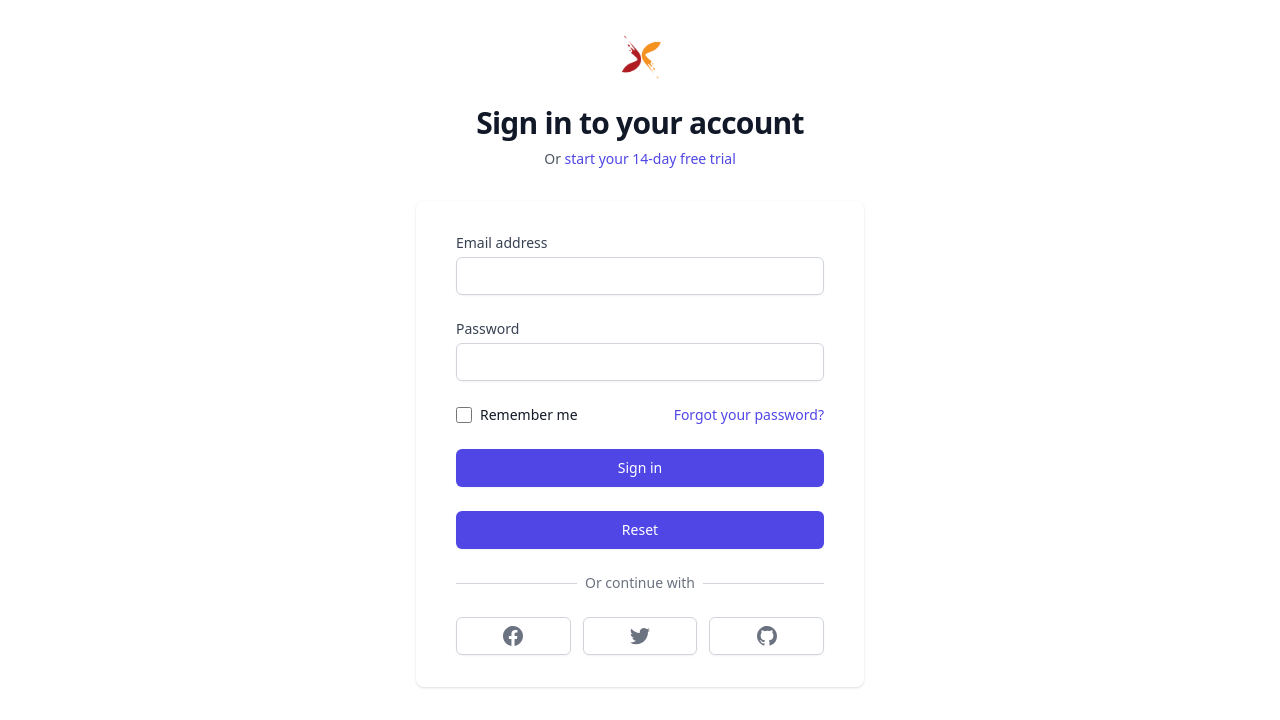
Repository: VinceBrun/medical-web3-app
Page: /login
These files come from the project's save history. The page is drawn as it stood at one moment and after the next save; the edit follows.
The browser window is 1280 px wide. The pictures show the whole page.
The project was rebuilt for these pictures with package versions that can differ from the ones it lists, and the page was loaded fresh each time. The framework's server and built-in components were replaced by stand-ins that run in the browser. Also part of the build but not shown: next.config.js.

Above is the page before, as saved 2023-01-16 18:50:38.

### pages/login.jsx
import React from 'react'

export default function login() {
  return (
    <>

      <div className="flex h-screen flex-col justify-center py-12 sm:px-6 lg:px-8">
        <div className="sm:mx-auto sm:w-full sm:max-w-md">
          <img
            className="mx-auto h-12 w-auto"
            src="/images/curiositylogo.png"
            alt="Your Company"
          />
          <h2 className="mt-6 text-center text-3xl font-bold tracking-tight text-gray-900">Sign in to your account</h2>
          <p className="mt-2 text-center text-sm text-gray-600">
            Or{' '}
            <a href="#" className="font-medium text-indigo-600 hover:text-indigo-500">
              start your 14-day free trial
            </a>
          </p>
        </div>

        <div className="mt-8 sm:mx-auto sm:w-full sm:max-w-md">
          <div className="bg-white py-8 px-4 shadow sm:rounded-lg sm:px-10">
            <form className="space-y-6" action="#" method="POST">
              <div>
                <label htmlFor="email" className="block text-sm font-medium text-gray-700">
                  Email address
                </label>
                <div className="mt-1">
                  <input
                    id="email"
                    name="email"
                    type="email"
                    autoComplete="email"
                    required
                    className="block w-full appearance-none rounded-md border border-gray-300 px-3 py-2 placeholder-gray-400 shadow-sm focus:border-indigo-500 focus:outline-none focus:ring-indigo-500 sm:text-sm"
                  />
                </div>
              </div>

              <div>
                <label htmlFor="password" className="block text-sm font-medium text-gray-700">
                  Password
                </label>
                <div className="mt-1">
                  <input
                    id="password"
                    name="password"
                    type="password"
                    autoComplete="current-password"
                    required
                    className="block w-full appearance-none rounded-md border border-gray-300 px-3 py-2 placeholder-gray-400 shadow-sm focus:border-indigo-500 focus:outline-none focus:ring-indigo-500 sm:text-sm"
                  />
                </div>
              </div>

              <div className="flex items-center justify-between">
                <div className="flex items-center">
                  <input
                    id="remember-me"
                    name="remember-me"
                    type="checkbox"
                    className="h-4 w-4 rounded border-gray-300 text-indigo-600 focus:ring-indigo-500"
                  />
                  <label htmlFor="remember-me" className="ml-2 block text-sm text-gray-900">
                    Remember me
                  </label>
                </div>

                <div className="text-sm">
                  <a href="#" className="font-medium text-indigo-600 hover:text-indigo-500">
                    Forgot your password?
                  </a>
                </div>
              </div>

              <div>
                <button
                  type="submit"
                  className="flex w-full justify-center rounded-md border border-transparent bg-indigo-600 py-2 px-4 text-sm font-medium text-white shadow-sm hover:bg-indigo-700 focus:outline-none focus:ring-2 focus:ring-indigo-500 focus:ring-offset-2"
                >
                  Sign in
                </button>
              </div>
              <div>
                <button
                  type="submit"
                  className="flex w-full justify-center rounded-md border border-transparent bg-indigo-600 py-2 px-4 text-sm font-medium text-white shadow-sm hover:bg-indigo-700 focus:outline-none focus:ring-2 focus:ring-indigo-500 focus:ring-offset-2"
                >
                  Reset
                </button>
              </div>
            </form>

            <div className="mt-6">
              <div className="relative">
                <div className="absolute inset-0 flex items-center">
                  <div className="w-full border-t border-gray-300" />
                </div>
                <div className="relative flex justify-center text-sm">
                  <span className="bg-white px-2 text-gray-500">Or continue with</span>
                </div>
              </div>

              <div className="mt-6 grid grid-cols-3 gap-3">
                <div>
                  <a
                    href="#"
                    className="inline-flex w-full justify-center rounded-md border border-gray-300 bg-white py-2 px-4 text-sm font-medium text-gray-500 shadow-sm hover:bg-gray-50"
                  >
                    <span className="sr-only">Sign in with Facebook</span>
                    <svg className="h-5 w-5" aria-hidden="true" fill="currentColor" viewBox="0 0 20 20">
                      <path
                        fillRule="evenodd"
                        d="M20 10c0-5.523-4.477-10-10-10S0 4.477 0 10c0 4.991 3.657 9.128 8.438 9.878v-6.987h-2.54V10h2.54V7.797c0-2.506 1.492-3.89 3.777-3.89 1.094 0 2.238.195 2.238.195v2.46h-1.26c-1.243 0-1.63.771-1.63 1.562V10h2.773l-.443 2.89h-2.33v6.988C16.343 19.128 20 14.991 20 10z"
                        clipRule="evenodd"
                      />
                    </svg>
                  </a>
                </div>

                <div>
                  <a
                    href="#"
                    className="inline-flex w-full justify-center rounded-md border border-gray-300 bg-white py-2 px-4 text-sm font-medium text-gray-500 shadow-sm hover:bg-gray-50"
                  >
                    <span className="sr-only">Sign in with Twitter</span>
                    <svg className="h-5 w-5" aria-hidden="true" fill="currentColor" viewBox="0 0 20 20">
                      <path d="M6.29 18.251c7.547 0 11.675-6.253 11.675-11.675 0-.178 0-.355-.012-.53A8.348 8.348 0 0020 3.92a8.19 8.19 0 01-2.357.646 4.118 4.118 0 001.804-2.27 8.224 8.224 0 01-2.605.996 4.107 4.107 0 00-6.993 3.743 11.65 11.65 0 01-8.457-4.287 4.106 4.106 0 001.27 5.477A4.073 4.073 0 01.8 7.713v.052a4.105 4.105 0 003.292 4.022 4.095 4.095 0 01-1.853.07 4.108 4.108 0 003.834 2.85A8.233 8.233 0 010 16.407a11.616 11.616 0 006.29 1.84" />
                    </svg>
                  </a>
                </div>

                <div>
                  <a
                    href="#"
                    className="inline-flex w-full justify-center rounded-md border border-gray-300 bg-white py-2 px-4 text-sm font-medium text-gray-500 shadow-sm hover:bg-gray-50"
                  >
                    <span className="sr-only">Sign in with GitHub</span>
                    <svg className="h-5 w-5" aria-hidden="true" fill="currentColor" viewBox="0 0 20 20">
                      <path
                        fillRule="evenodd"
                        d="M10 0C4.477 0 0 4.484 0 10.017c0 4.425 2.865 8.18 6.839 9.504.5.092.682-.217.682-.483 0-.237-.008-.868-.013-1.703-2.782.605-3.369-1.343-3.369-1.343-.454-1.158-1.11-1.466-1.11-1.466-.908-.62.069-.608.069-.608 1.003.07 1.531 1.032 1.531 1.032.892 1.53 2.341 1.088 2.91.832.092-.647.35-1.088.636-1.338-2.22-.253-4.555-1.113-4.555-4.951 0-1.093.39-1.988 1.029-2.688-.103-.253-.446-1.272.098-2.65 0 0 .84-.27 2.75 1.026A9.564 9.564 0 0110 4.844c.85.004 1.705.115 2.504.337 1.909-1.296 2.747-1.027 2.747-1.027.546 1.379.203 2.398.1 2.651.64.7 1.028 1.595 1.028 2.688 0 3.848-2.339 4.695-4.566 4.942.359.31.678.921.678 1.856 0 1.338-.012 2.419-.012 2.747 0 .268.18.58.688.482A10.019 10.019 0 0020 10.017C20 4.484 15.522 0 10 0z"
                        clipRule="evenodd"
                      />
                    </svg>
                  </a>
                </div>
              </div>
            </div>
          </div>
        </div>
      </div>
    </>
  )
}

### styles/globals.css
@tailwind base;
@tailwind components;
@tailwind utilities;

/* :root {
  --max-width: 1100px;
  --border-radius: 12px;
  --font-mono: ui-monospace, Menlo, Monaco, "Cascadia Mono", "Segoe UI Mono",
    "Roboto Mono", "Oxygen Mono", "Ubuntu Monospace", "Source Code Pro",
    "Fira Mono", "Droid Sans Mono", "Courier New", monospace;

  --foreground-rgb: 0, 0, 0;
  --background-start-rgb: 214, 219, 220;
  --background-end-rgb: 255, 255, 255;

  --primary-glow: conic-gradient(
    from 180deg at 50% 50%,
    #16abff33 0deg,
    #0885ff33 55deg,
    #54d6ff33 120deg,
    #0071ff33 160deg,
    transparent 360deg
  );
  --secondary-glow: radial-gradient(
    rgba(255, 255, 255, 1),
    rgba(255, 255, 255, 0)
  );

  --tile-start-rgb: 239, 245, 249;
  --tile-end-rgb: 228, 232, 233;
  --tile-border: conic-gradient(
    #00000080,
    #00000040,
    #00000030,
    #00000020,
    #00000010,
    #00000010,
    #00000080
  );

  --callout-rgb: 238, 240, 241;
  --callout-border-rgb: 172, 175, 176;
  --card-rgb: 180, 185, 188;
  --card-border-rgb: 131, 134, 135;
}

@media (prefers-color-scheme: dark) {
  :root {
    --foreground-rgb: 255, 255, 255;
    --background-start-rgb: 0, 0, 0;
    --background-end-rgb: 0, 0, 0;

    --primary-glow: radial-gradient(rgba(1, 65, 255, 0.4), rgba(1, 65, 255, 0));
    --secondary-glow: linear-gradient(
      to bottom right,
      rgba(1, 65, 255, 0),
      rgba(1, 65, 255, 0),
      rgba(1, 65, 255, 0.3)
    );

    --tile-start-rgb: 2, 13, 46;
    --tile-end-rgb: 2, 5, 19;
    --tile-border: conic-gradient(
      #ffffff80,
      #ffffff40,
      #ffffff30,
      #ffffff20,
      #ffffff10,
      #ffffff10,
      #ffffff80
    );

    --callout-rgb: 20, 20, 20;
    --callout-border-rgb: 108, 108, 108;
    --card-rgb: 100, 100, 100;
    --card-border-rgb: 200, 200, 200;
  }
}

* {
  box-sizing: border-box;
  padding: 0;
  margin: 0;
}

html,
body {
  max-width: 100vw;
  overflow-x: hidden;
}

body {
  color: rgb(var(--foreground-rgb));
  background: linear-gradient(
      to bottom,
      transparent,
      rgb(var(--background-end-rgb))
    )
    rgb(var(--background-start-rgb));
}

a {
  color: inherit;
  text-decoration: none;
}

@media (prefers-color-scheme: dark) {
  html {
    color-scheme: dark;
  }
} */

Loaded but not shown: pages/_app.js (common file); pages/_document.js (common file); tailwind.config.js (common file)

After the next save:
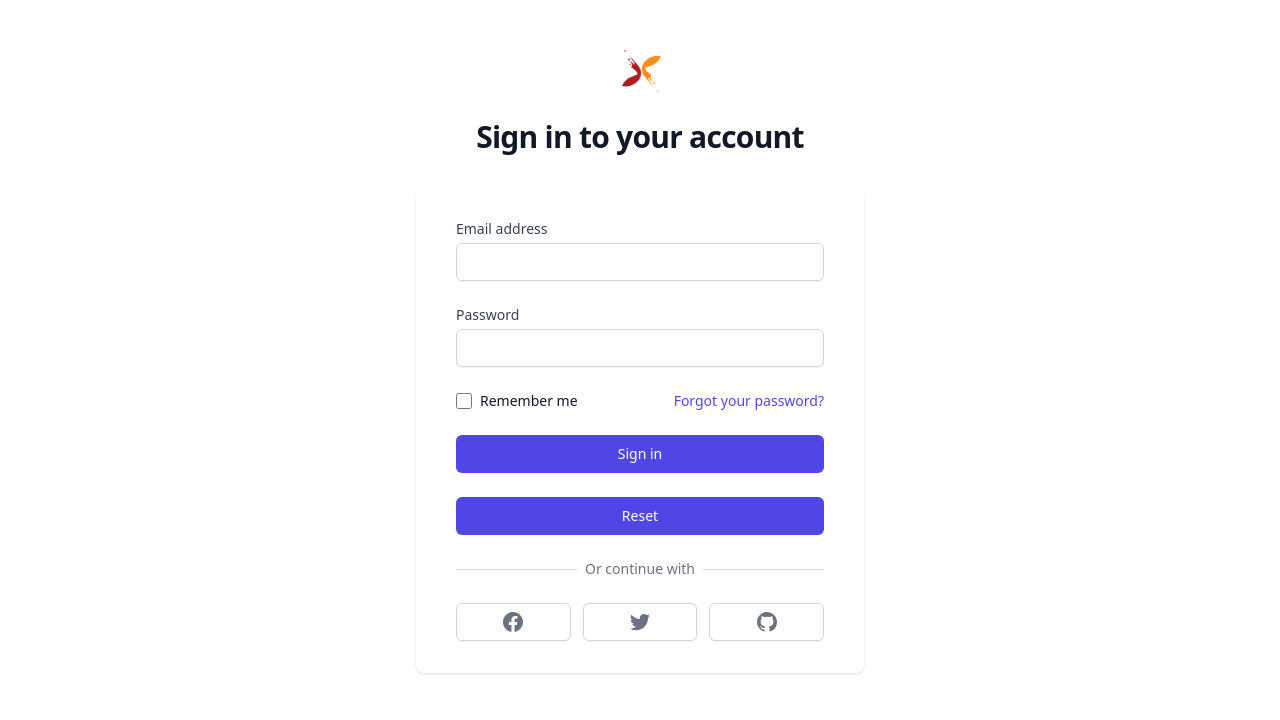
Saved 32 s later.
--- a/pages/login.jsx
+++ b/pages/login.jsx
@@ -12,12 +12,7 @@ export default function login() {
             alt="Your Company"
           />
           <h2 className="mt-6 text-center text-3xl font-bold tracking-tight text-gray-900">Sign in to your account</h2>
-          <p className="mt-2 text-center text-sm text-gray-600">
-            Or{' '}
-            <a href="#" className="font-medium text-indigo-600 hover:text-indigo-500">
-              start your 14-day free trial
-            </a>
-          </p>
+
         </div>
 
         <div className="mt-8 sm:mx-auto sm:w-full sm:max-w-md">
